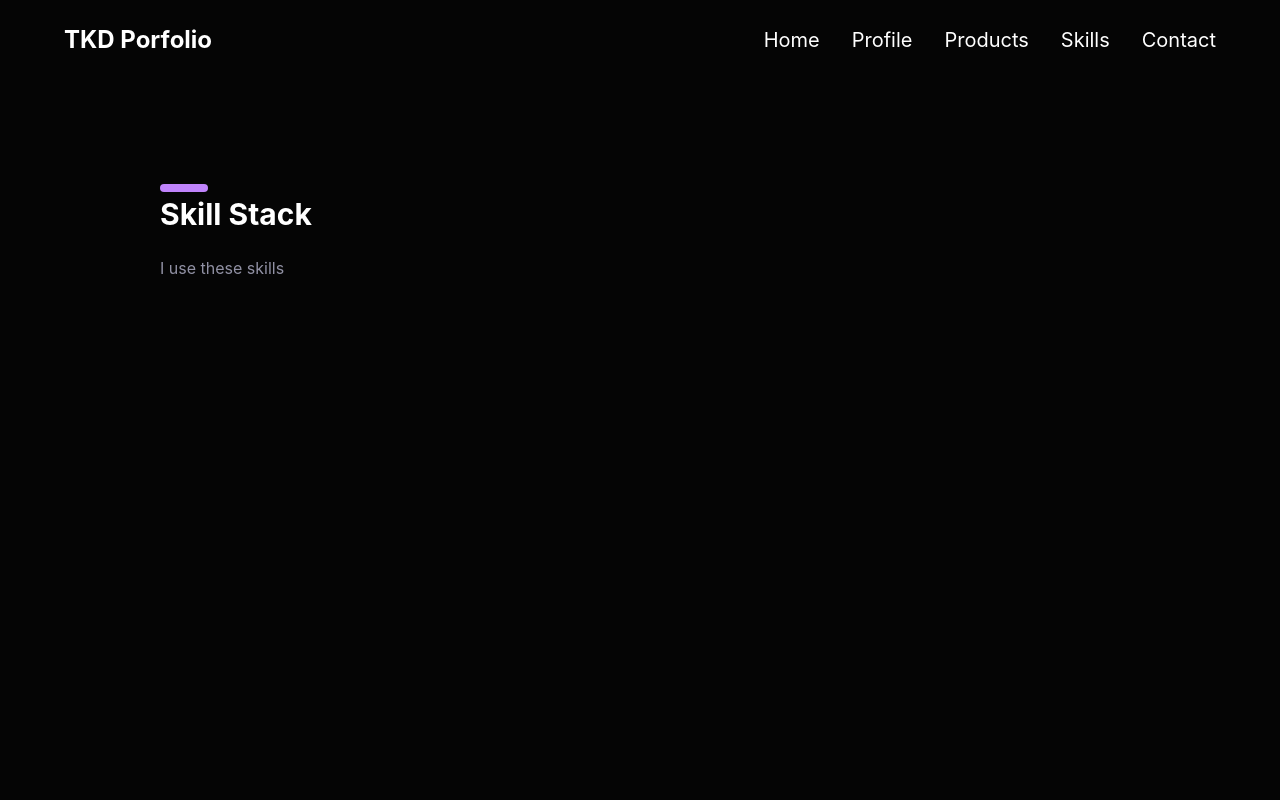
Repository: MitukiTakada/todo-aplication
Page: /skills (app in design/dev/react-tailwind/react-tailwind/)
The author's editor kept a copy of each file at every save. The page is drawn from the files as they stood at one save, then again after the next save.
The browser window is 1280 px wide. The pictures show the whole page.
The project was rebuilt for these pictures with package versions that can differ from the ones it lists, and the page was loaded fresh each time. Also part of the build but not shown: design/dev/react-tailwind/react-tailwind/src/components/Contact.jsx, design/dev/react-tailwind/react-tailwind/src/components/Home.jsx, design/dev/react-tailwind/react-tailwind/src/components/Products.jsx, design/dev/react-tailwind/react-tailwind/src/components/Profile.jsx.

Above is the page before, as saved 2022-11-18 10:44:22.

After the next save:
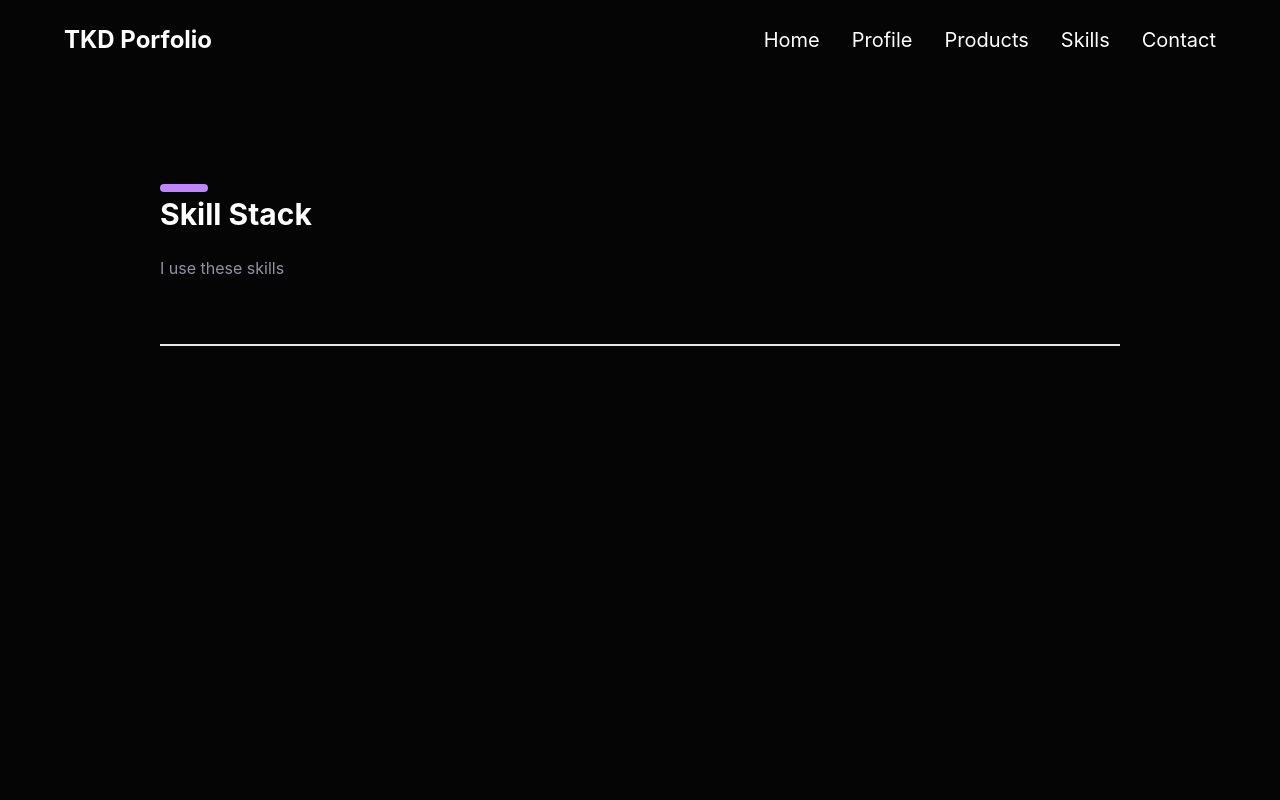
Saved 4 s later.
--- a/design/dev/react-tailwind/react-tailwind/src/components/Skills.jsx
+++ b/design/dev/react-tailwind/react-tailwind/src/components/Skills.jsx
@@ -8,7 +8,7 @@ const Skills = () => {
         <h2 className="secondary-title">Skill Stack</h2>
         <p className="section-paragraph">I use these skills</p>
         <div className="my-16">
-          <div className="w"></div>
+          <div className="w-full border"></div>
         </div>
       </section>
     </div>
